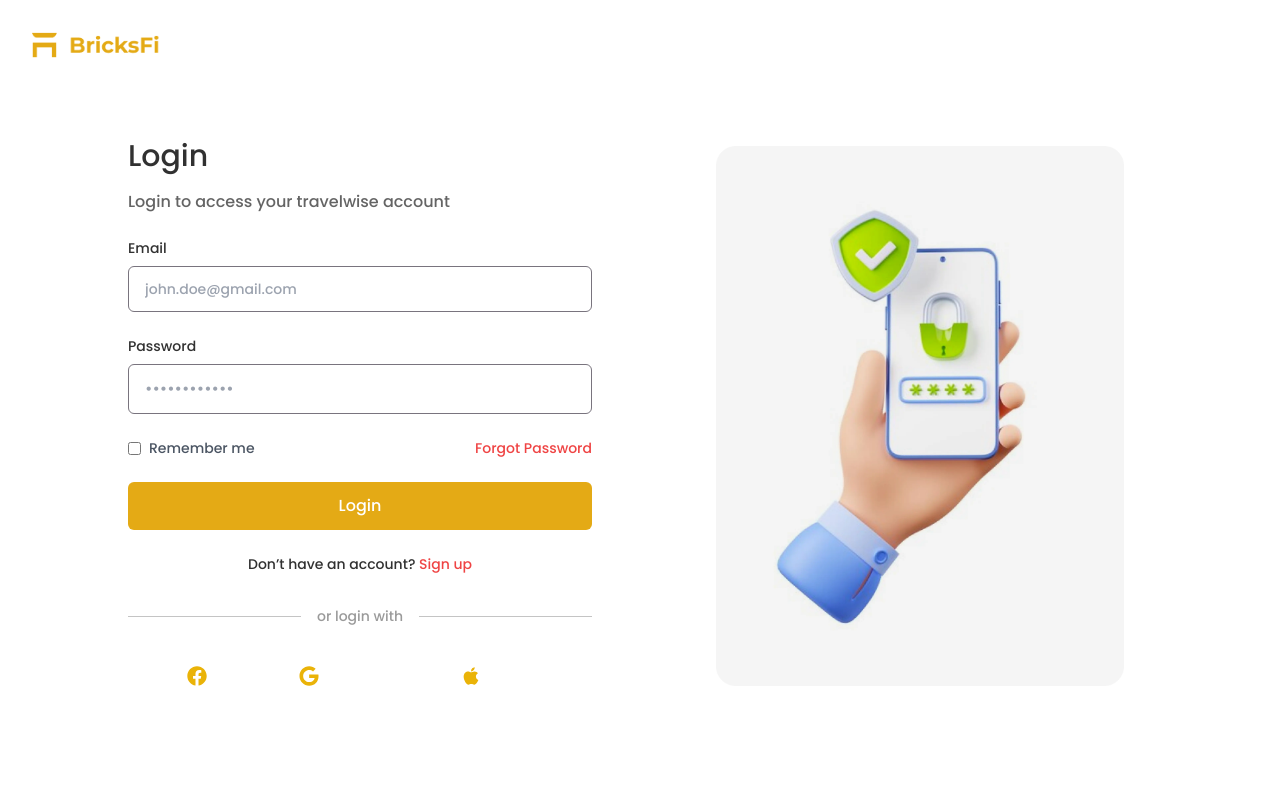
Repository: AyomideAkintade/BricksFi-Frontend
Page: /login (app in client/)
The author's editor kept a copy of each file at every save. The page is drawn from the files as they stood at one save, then again after the next save.
The browser window is 1280 px wide. The pictures show the whole page.
The project was rebuilt for these pictures with package versions that can differ from the ones it lists, and the page was loaded fresh each time. Also part of the build but not shown: client/src/components/navbar.jsx, client/src/components/home.jsx, client/src/components/homeSecond.jsx, client/src/components/homeThird.jsx, client/src/components/homeFifth.jsx, client/src/components/homeSixth.jsx, client/src/components/homeSeventh.jsx, client/src/components/signup.jsx and 14 more.

Above is the page before, as saved 2024-10-04 22:16:17.

After the next save:
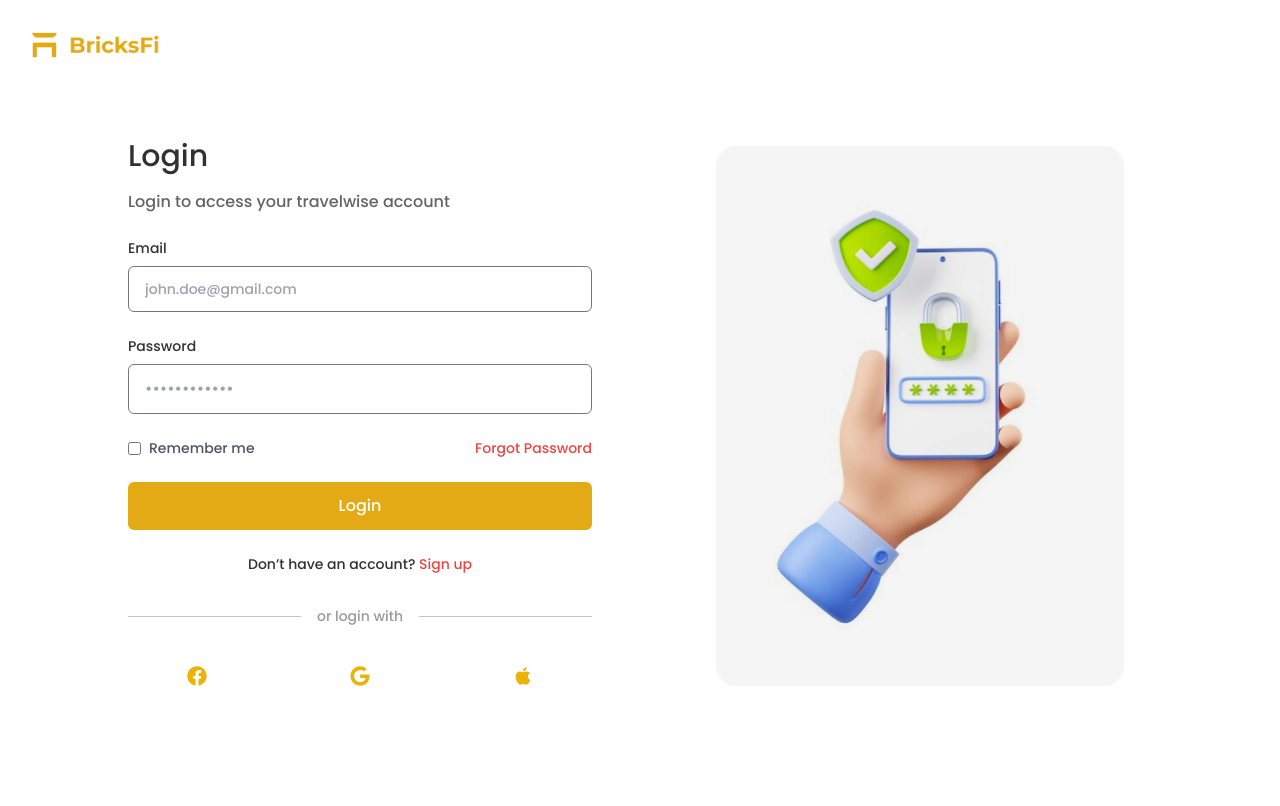
Saved 8 s later.
--- a/client/src/components/login.jsx
+++ b/client/src/components/login.jsx
@@ -93,10 +93,10 @@ const LoginPage = () => {
                 <button className="p-2 border-[1] border-[#E4AA15] w-full rounded-full text-yellow-500 hover:bg-gray-100 transition duration-200 flex items-center justify-center">
                   <FaFacebook size={20} />
                 </button>
-                <button className="p-2  border-[1] border-[#E4AA15] rounded-full w-full text-yellow-500 hover:bg-gray-100 transition duration-200">
+                <button className="p-2  border-[1] border-[#E4AA15] rounded-full w-full text-yellow-500 hover:bg-gray-100 transition duration-200 flex items-center justify-center">
                   <FaGoogle size={20} />
                 </button>
-                <button className="p-2  border-[1] border-[#E4AA15] rounded-full w-full text-yellow-500 hover:bg-gray-100 transition duration-200">
+                <button className="p-2  border-[1] border-[#E4AA15] rounded-full w-full text-yellow-500 hover:bg-gray-100 transition duration-200 flex items-center justify-center">
                   <FaApple size={20} />
                 </button>
               </div>
